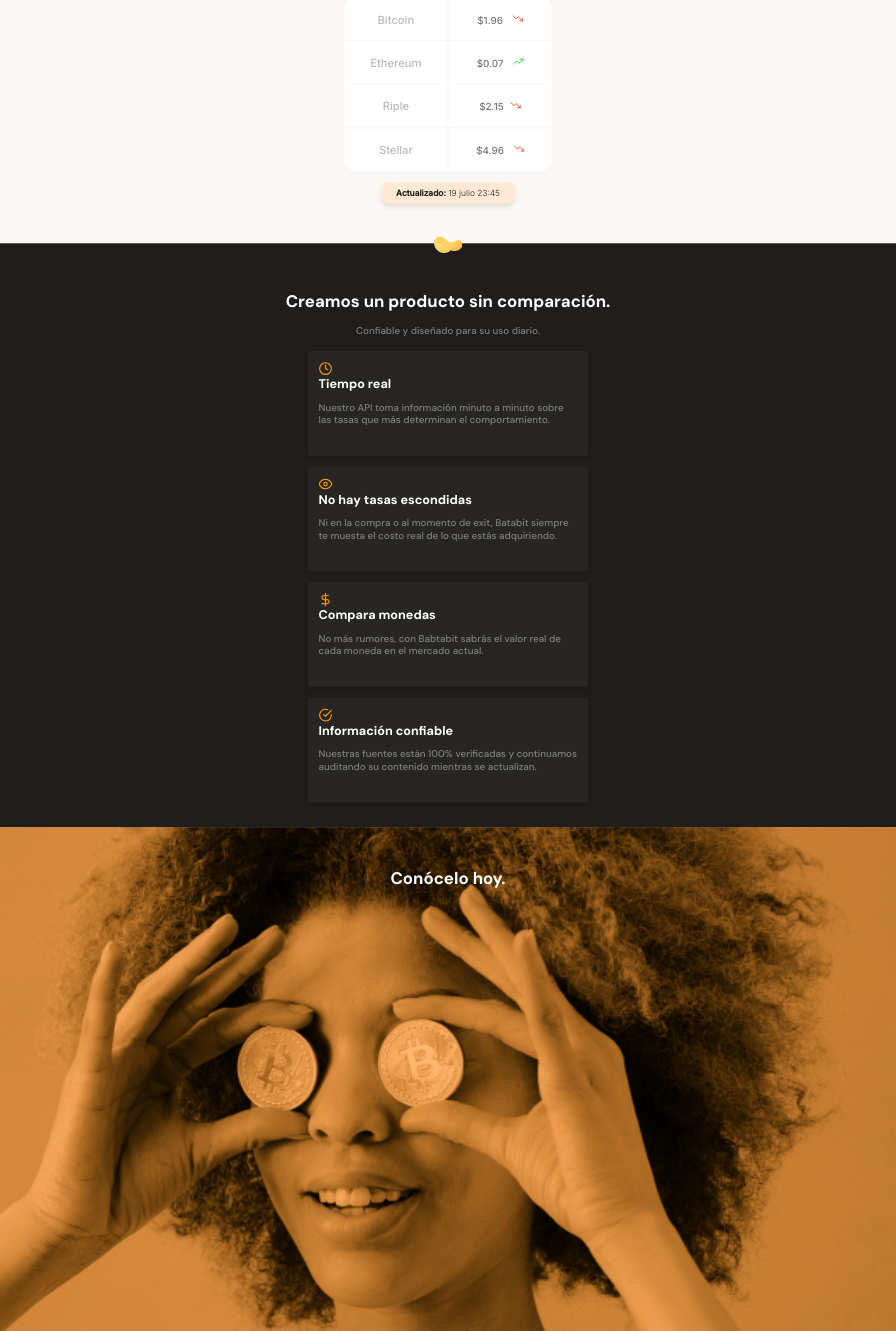
Repository: elto82/mobileFirst
Page: index.html
These files come from the project's save history. The page is drawn as it stood at one moment and after the next save; the edit follows.
The browser window is 1280 px wide. The pictures show the part of the page from y = 802 to 2722 px (the page is 2703 px tall before and 2722 px after), at 70% of full size.
Some web fonts or font styles are not loaded; a fallback is used.

Above is the page before, as saved 2022-06-08 19:10:46.

After the next save:
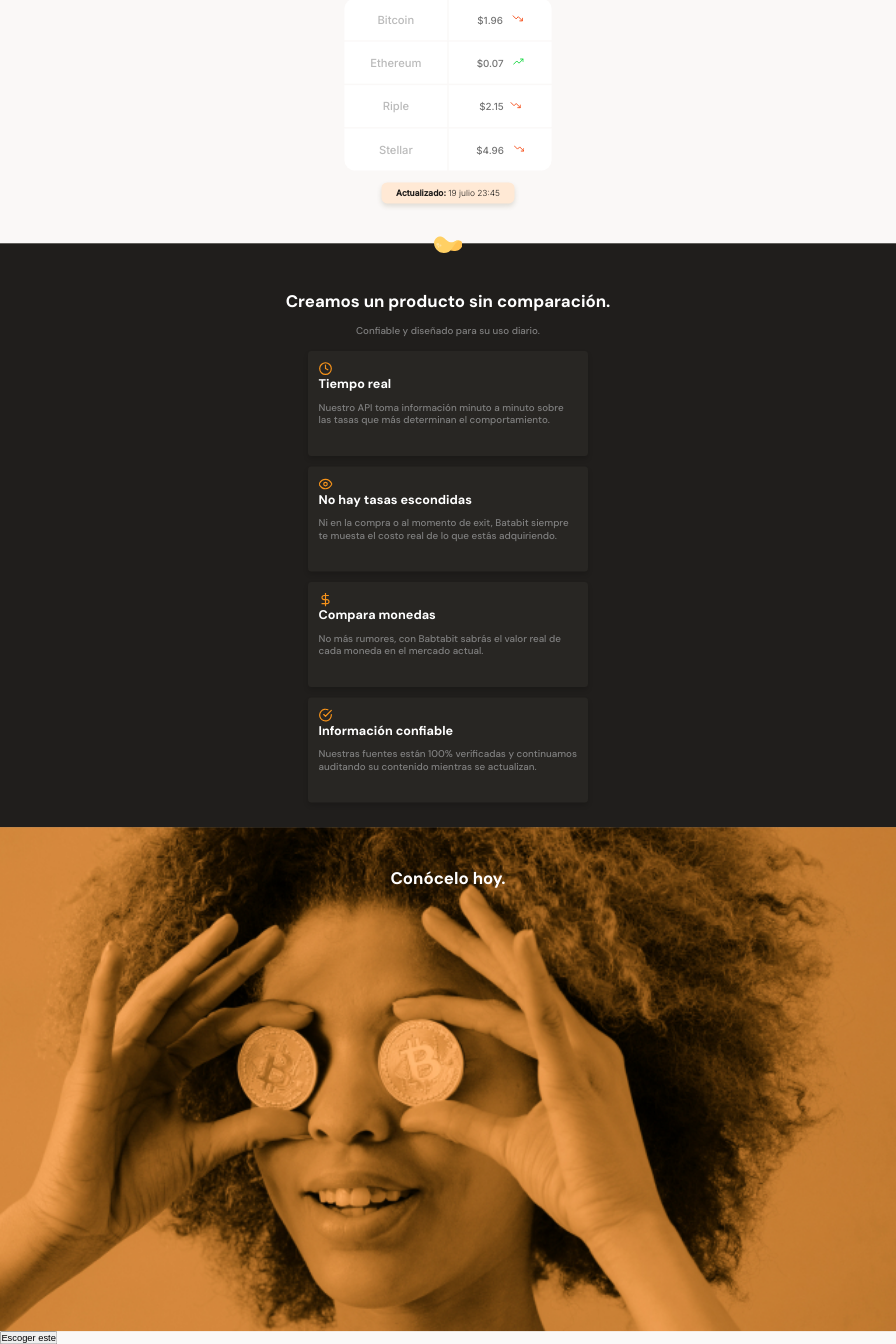
Saved 6 min 32 s later.
--- a/index.html
+++ b/index.html
@@ -91,7 +91,23 @@
       <section class="bitcoint-img-container">
         <h2>Conócelo hoy.</h2>
       </section>
-      <section></section>
+      <section>
+        <div>
+          <h2></h2>
+          <p></p>
+        </div>
+        <section>
+          <article>
+            <p></p>
+            <div>
+              <h3></h3>
+              <p></p>
+              <p></p>
+              <button>Escoger este <span></span></button>
+            </div>
+          </article>
+        </section>
+      </section>
     </main>
     <footer></footer>
   </body>
